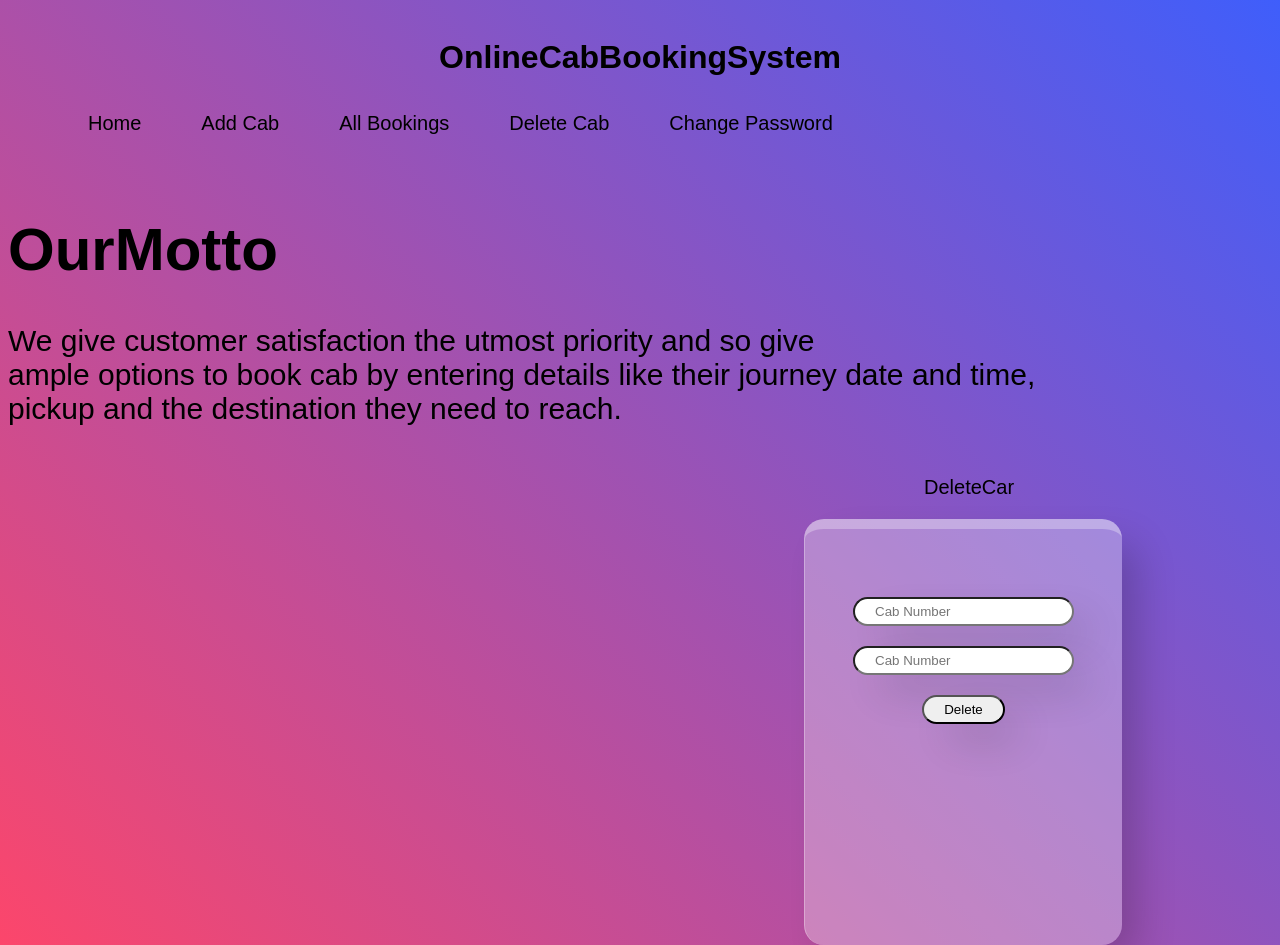
Repository: venkateshpillala/OnlineCabBookingSystem
Page: BookCab/src/main/webapp/changePassword.html
An editor plug-in stored every save of this project. The page is shown before and after the next save, followed by the edit.
The browser window is 1280 px wide. The pictures show the whole page.

Above is the page before, as saved 2024-06-07 19:12:23.

### BookCab/src/main/webapp/changePassword.html
<!DOCTYPE html>
<html>
<head>
<meta charset="ISO-8859-1">
<title>OnlineCabBooking</title>
</head>
<style>
	body{

		background : linear-gradient(45deg,#FC466B,#3F5EFB);
		height : 100vh;
		font-family : "Montserrat", sans-serif;
	}
	form {
		font-family : "Montserrat", sans-serif;
		background : rgba(255,255,255,0.3);
		padding : 3em;
		height : 320px;
		border-radius : 20px;
		border-left : 1px solid rgba(255,255,255,0.3);
		border-top : 10px solid rgba(255,255,255,0.3);
		background-filter : blur(10px);
		box-shadow : 20px 20px 40px -6px rgba(0, 0, 0, 0.2);
		text-align : center;
		position : relative;
		transition : all 0.2 ease-in-out;
		margin-right : 100px;
	}
	input {
		border-radius : 20px;
		box-shadow : 20px 20px 40px -6px rgba(0, 0, 0, 0.2);
		padding  : 5px 20px;
		margin-top : 20px;
		background-filter : blur(10px);
	}
	.alignment{
		text-align : center;
		border-radius : 10px;
		padding: 10px;
	}
	ul {
  		list-style-type: none;
  		overflow: hidden;
	}

	li {
  		float: left;
	}

	li a {
  		display: block;
  		color : black;
  		text-align: center;
  		padding: 14px 30px;
  		text-decoration: none;
  		font-size : 20px;
	}

	li a:hover:not(.active) {
  		background-color: #111;
  		border-radius : 10px;
  		color : white;
	}
	.h{
		padding : 100px;
	}
	.left{
		float : left;
		font-size : 30px;
	}
	.right{
		float : right;
		padding-right : 50px;
	}
	.para{
		padding-left : 120px;
		font-family : "Montserrat", sans-serif;
		font-size : 20px;


	}
	.over:hover:not(.active) {
  		background-color: #111;
  		border-radius : 10px;
  		color : white;
	}
</style>
<body>
<div class = "alignment">
	<h1 >OnlineCabBookingSystem</h1>
	<ul>
		<li><a href = "./Home.html">Home</a></li>
		<li><a href = "./AddCab.html">Add Cab</a></li>
		<li><a href = "./allbookings">All Bookings</a></li>
		<li><a href = "./deleteCab.html">Delete Cab</a></li>
		<li><a href = "./changePassword.html">Change Password</a></li>

	</ul>
</div>

<div >

	<div class = "left">
		<h1>OurMotto</h1>
		<p>We give customer satisfaction the utmost priority and so give<br> ample options
		to book cab by entering details like their journey date and time, <br>pickup and
		the destination they need to reach.
		</p>
	</div>
	<div class = "right">
	<p class = "para">DeleteCar</p>
		<form method = "post" action = "./deletecab">
			<input type = "text" name = "new" placeholder = "Cab Number"/><br>
			<input type = "text" name = "again" placeholder = "Cab Number"/><br>
			<input class = "over" type = "submit" value = "Delete"/><br><br>
		</form>
	</div>
</div>


</body>
</html>

After the next save:
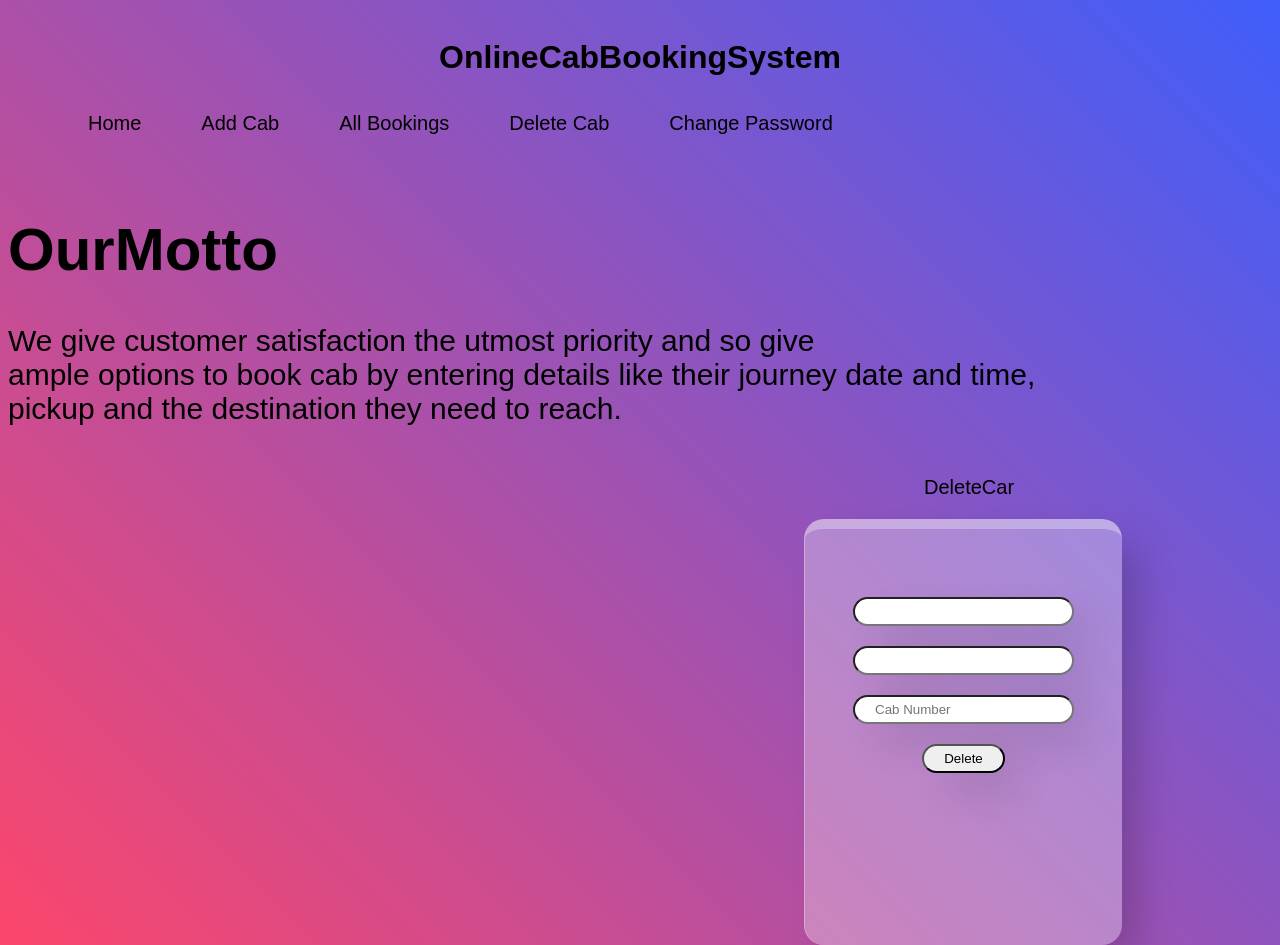
Saved 28 s later.
--- a/BookCab/src/main/webapp/changePassword.html
+++ b/BookCab/src/main/webapp/changePassword.html
@@ -110,8 +110,9 @@
 	<div class = "right">
 	<p class = "para">DeleteCar</p>
 		<form method = "post" action = "./deletecab">
-			<input type = "text" name = "new" placeholder = "Cab Number"/><br>
-			<input type = "text" name = "again" placeholder = "Cab Number"/><br>
+			<input type = "text" name = "new" placeholder = ""/><br>
+			<input type = "text" name = "new" placeholder = ""/><br>
+			<input type = "password" name = "again" placeholder = "Cab Number"/><br>
 			<input class = "over" type = "submit" value = "Delete"/><br><br>
 		</form>
 	</div>
